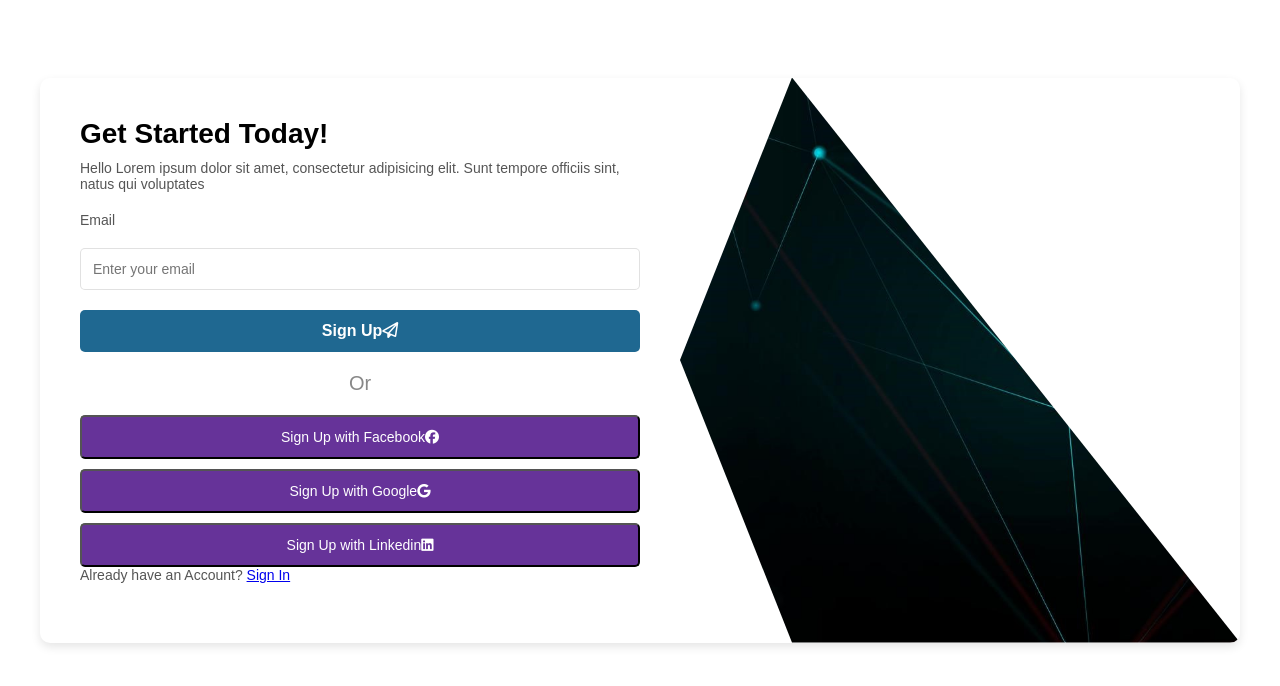
Repository: Femi007-gh/Login-V2
Page: index.html
An editor plug-in stored every save of this project. The page is shown before and after the next save, followed by the edit.
The browser window is 1280 px wide. The pictures show the whole page.

Above is the page before, as saved 2025-01-27 08:04:15.

After the next save:
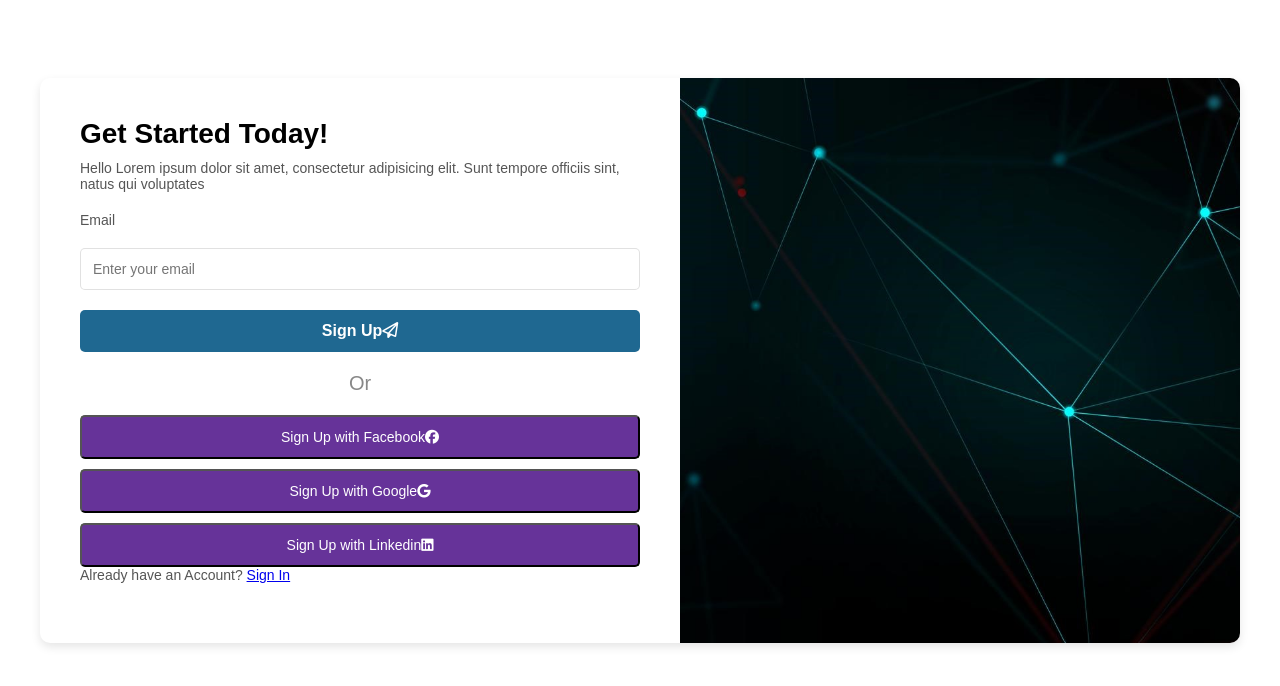
Saved 4 min 41 s later.
--- a/style.css
+++ b/style.css
@@ -107,5 +107,5 @@ p {
 .right-section {
   flex: 1;
   background: url(ART.jpg) no-repeat center center/cover;
-  clip-path: polygon(20% 0, 100% 100%, 20% 100%, 0 50%);
+  /* clip-path: polygon(20% 0, 100% 100%, 20% 100%, 0 50%); */
 }
